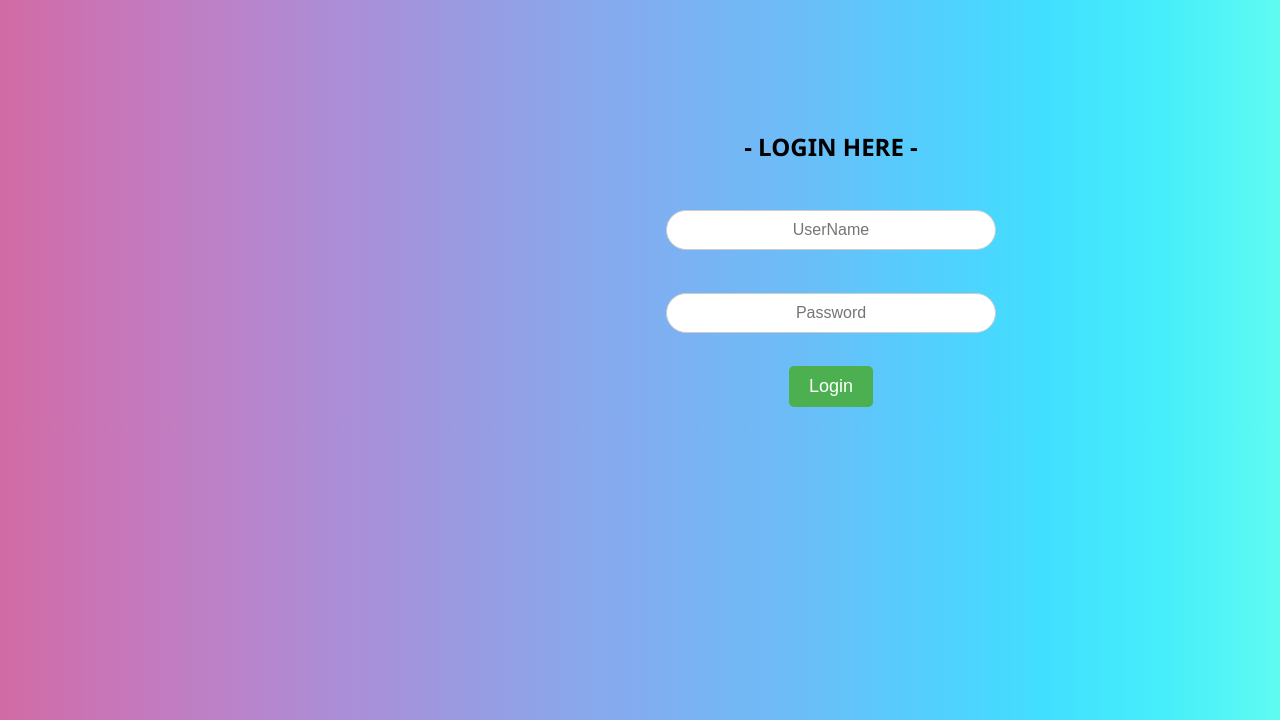
Repository: amitSai12/CMS
Page: http://localhost/LibraryManagementDemo/Login.jsp
An editor plug-in stored every save of this project. The page is shown before and after the next save, followed by the edit.
The browser window is 1280 px wide. The pictures show the whole page.
The page is served by Tomcat 9. Other server files are loaded and not shown.

Above is the page before, as saved 2023-10-03 18:20:34.

### Day1_Thu/LibraryManagementDemo/src/main/webapp/Login.jsp
<%@ page language="java" contentType="text/html; charset=ISO-8859-1"
    pageEncoding="ISO-8859-1"%>
    <%@taglib uri="http://java.sun.com/jsp/jstl/core" prefix="c" %>
    <%@taglib uri="http://java.sun.com/jsp/jstl/sql" prefix="sql" %>
<!DOCTYPE html>
<html>
<head>
<meta charset="ISO-8859-1">
<title>Insert title here</title>
<link rel="stylesheet" href="login.css">
</head>
<body>
	<form method="post" action="Login.jsp">
		<center>
			<h2>- LOGIN HERE -</h2><br/>

			<input type="text" name="userName" placeholder="UserName"/><br><br>

			<input type="password" name="password" placeholder="Password"/><br><br>
			<input type="submit" value="Login" />
		</center>
	</form>

	<c:if test="${param.userName!=null && param.password!=null }">

		<jsp:useBean id="login" class="com.java.library.LibUsers"/>
		<jsp:setProperty property="*" name="login"/>
		<jsp:useBean id="beanDao" class="com.java.library.LibraryDAOImpl"/>
		<c:set var="count" value="${beanDao.authenticate(login)}"/>
		<c:if test="${count==1}">
			<%
				session.setAttribute("user",request.getParameter("userName"));
			%>
			<jsp:forward page="Menu2.jsp"/>
	</c:if>
	</c:if>
	<c:if test="${count==0}">
		<div class="invalid-credentials">
   			<c:out value=" Invalid Credentials...."/>
		</div>

	</c:if>

</body>
</html>

### Day1_Thu/LibraryManagementDemo/src/main/java/com/java/library/LibUsers.java
package com.java.library;

public class LibUsers {

	private String userName;
	private String password;


	public String getUserName() {
		return userName;
	}
	public void setUserName(String userName) {
		this.userName = userName;
	}
	public String getPassword() {
		return password;
	}
	public void setPassword(String password) {
		this.password = password;
	}


	public LibUsers(String userName, String password) {
		super();
		this.userName = userName;
		this.password = password;
	}
	public LibUsers() {
		super();
		// TODO Auto-generated constructor stub
	}


	@Override
	public String toString() {
		return "LibUsers [userName=" + userName + ", password=" + password + "]";
	}


}

### Day1_Thu/LibraryManagementDemo/src/main/java/com/java/library/LibraryDAO.java
package com.java.library;

import java.sql.SQLException;
import java.util.List;

public interface LibraryDAO {

	String createUser(LibUsers libUsers) throws ClassNotFoundException, SQLException;

	int authenticate(LibUsers libUsers) throws ClassNotFoundException, SQLException;

	List<Books> searchBooks(String searchType, String searchValue) throws ClassNotFoundException, SQLException;

	String updateBooks(int bookId,String user) throws ClassNotFoundException, SQLException;

	Books getBookById(int Id) throws ClassNotFoundException, SQLException;

	Books getBookByUser(String User) throws ClassNotFoundException, SQLException;

	List<Books> returnBook() throws ClassNotFoundException, SQLException;

	String returnBooks(int bookId, String userName) throws ClassNotFoundException, SQLException;
}

### Day1_Thu/LibraryManagementDemo/src/main/java/com/java/library/LibraryDAOImpl.java
package com.java.library;

import java.sql.Connection;
import java.sql.PreparedStatement;
import java.sql.ResultSet;
import java.sql.SQLException;
import java.util.ArrayList;
import java.util.List;

import com.mysql.cj.xdevapi.Result;

public class LibraryDAOImpl implements LibraryDAO {

	Connection connection;
	PreparedStatement pst;

// to create user and password -----------------------------------------------
	@Override
	public String createUser(LibUsers libUsers) throws ClassNotFoundException, SQLException {
		connection = ConnectionHelper.getConnection();
		String enPwd = EncryptPassword.getCode(libUsers.getPassword());
		String cmd = "Insert into LibUsers(Username,Password) values(?,?)";
		pst = connection.prepareStatement(cmd);
		pst.setString(1, libUsers.getUserName());
		pst.setString(2, enPwd);
		pst.executeUpdate();
		return "Your Account Created ...";
	}

// login for existing users --------------------------------------------------------
	@Override
	public int authenticate(LibUsers libUsers) throws ClassNotFoundException, SQLException {
		connection = ConnectionHelper.getConnection();
		String encr = EncryptPassword.getCode(libUsers.getPassword());
		String cmd = "select count(*) cnt from LibUsers where userName=? AND Password=?";
		pst = connection.prepareStatement(cmd);
		pst.setString(1, libUsers.getUserName());
		pst.setString(2, encr.trim());
		ResultSet rs = pst.executeQuery();
		rs.next();
		int count = rs.getInt("cnt");
		return count;

	}

// to search the list of books by their id, name and all -------------------------------------
	@Override
	public List<Books> searchBooks(String searchType, String searchValue) throws ClassNotFoundException, SQLException {
		String sql;
		boolean isValid = true;
		if (searchType.equals("id")) {
			sql = "SELECT * from Books where Id=?";
		} else if (searchType.equals("bookname")) {
			sql = "SELECT * from Books where name=?";
		} else if (searchType.equals("authorname")) {
			sql = "SELECT * from Books where author=?";
		} else if (searchType.equals("dept")) {
			sql = "SELECT * from Books where dept=?";
		} else {
			isValid = false;
			sql = "SELECT * from Books";
		}
		connection = ConnectionHelper.getConnection();
		pst = connection.prepareStatement(sql);
		if (isValid == true) {
			pst.setString(1, searchValue);
		}
		ResultSet rs = pst.executeQuery();
		Books books = null;
		List<Books> booksList = new ArrayList<Books>();
		while (rs.next()) {
			books = new Books();
			books.setId(rs.getInt("id"));
			books.setName(rs.getString("name"));
			books.setAuthor(rs.getString("author"));
			books.setEdition(rs.getString("edition"));
			books.setDept(rs.getString("dept"));
			books.setNoOfBooks(rs.getInt("TotalBooks"));
			booksList.add(books);

		}
		return booksList;
	}

// to issue the book and update them in the table by subtracting one book from db -------------------
	@Override
	public String updateBooks(int bookId, String user) throws ClassNotFoundException, SQLException {
		connection = ConnectionHelper.getConnection();
		Books book = getBookById(bookId);

		if (hasUserIssuedBook(bookId, user)) {
			return "You have already issued this book.";
		} else {

			String cmd = "UPDATE Books SET TotalBooks = TotalBooks - 1 WHERE Id = ?";
			pst = connection.prepareStatement(cmd);
			pst.setInt(1, bookId);
			pst.executeUpdate();
			cmd = "Insert into TranBook(bookId,userName) values(?,?)";
			pst = connection.prepareStatement(cmd);
			pst.setInt(1, bookId);
			pst.setString(2, user);
			pst.executeUpdate();
			return "Book Issued Successfully";
		}
	}

// to get the bookId ------------------------------------------------------------------------

	@Override
	public Books getBookById(int Id) throws ClassNotFoundException, SQLException {
		Connection connection = ConnectionHelper.getConnection();
		PreparedStatement preparedStatement = null;
		ResultSet resultSet = null;
		Books book = null;

		try {
			String query = "SELECT * FROM Books WHERE Id = ?";
			preparedStatement = connection.prepareStatement(query);
			preparedStatement.setInt(1, Id);
			resultSet = preparedStatement.executeQuery();

			if (resultSet.next()) {
				// Retrieve book details from the result set
				int id = resultSet.getInt("Id");
				String name = resultSet.getString("Name");
				String author = resultSet.getString("Author");
				String edition = resultSet.getString("Edition");
				String dept = resultSet.getString("Dept");
				int noOfBooks = resultSet.getInt("TotalBooks");
				// Retrieve other book details...

				// Create a Books object with retrieved details
				book = new Books(id, name, author, edition, dept, noOfBooks);
			}
		} catch (SQLException e) {
			e.printStackTrace();
			// Handle any exceptions or log errors
		} finally {
			// Close database resources (connection, statement, and result set)
			// Handle resource closing exceptions if necessary
		}

		return book;
	}

// to get the user -----------------------------------------------------------------------------
	@Override
	public Books getBookByUser(String User) throws ClassNotFoundException, SQLException {
		Connection connection = ConnectionHelper.getConnection();
		PreparedStatement preparedStatement;
		ResultSet resultSet;
		Books book1 = null;

		try {
			String query = "SELECT * FROM Books WHERE UserName = ?";
			preparedStatement = connection.prepareStatement(query);
			preparedStatement.setString(1, User);
			resultSet = preparedStatement.executeQuery();

			if (resultSet.next()) {
				// Retrieve book details from the result set
				int id = resultSet.getInt("Id");
				String name = resultSet.getString("Name");
				String author = resultSet.getString("Author");
				String edition = resultSet.getString("Edition");
				String dept = resultSet.getString("Dept");
				int noOfBooks = resultSet.getInt("TotalBooks");
				// Retrieve other book details...

				// Create a Books object with retrieved details
				book1 = new Books(id, name, author, edition, dept, noOfBooks);
			}
		} catch (SQLException e) {
			e.printStackTrace();
			// Handle any exceptions or log errors
		} finally {
			// Close database resources (connection, statement, and result set)
			// Handle resource closing exceptions if necessary
		}

		return book1;
	}

	private boolean hasUserIssuedBook(int bookId, String user) throws SQLException {
		// Check if the user has already issued the same book
		String query = "SELECT COUNT(*) FROM TranBook WHERE bookId = ? AND userName = ?";
		PreparedStatement preparedStatement = null;
		ResultSet resultSet = null;

		try {
			preparedStatement = connection.prepareStatement(query);
			preparedStatement.setInt(1, bookId);
			preparedStatement.setString(2, user);
			resultSet = preparedStatement.executeQuery();

			if (resultSet.next()) {
				int count = resultSet.getInt(1);
				return count > 0;
			}
		} finally {
			// Close resources
			if (resultSet != null) {
				resultSet.close();
			}
			if (preparedStatement != null) {
				preparedStatement.close();
			}
		}

		return false;
	}

	@Override
	public String returnBooks(int bookId, String userName) throws ClassNotFoundException, SQLException {
		/*
		 * connection = ConnectionHelper.getConnection();
		 *
		 *
		 * Books book = getBookById(bookId); Books book1 = getBookByUser(user);
		 *
		 *
		 * String cmd = "DELETE FROM TranBook WHERE bookId = ? AND userName = ?"; pst =
		 * connection.prepareStatement(cmd); pst.setInt(1, bookId);
		 *
		 * pst.setString(2, user); pst.executeUpdate();
		 *
		 * cmd = "Insert into transreturn(bookId,userName) values(?,?)"; pst =
		 * connection.prepareStatement(cmd); pst.setInt(1, bookId); pst.setString(2,
		 * user); pst.executeUpdate();
		 *
		 * cmd = "UPDATE Books SET TotalBooks = TotalBooks + 1 WHERE Id = ?"; pst =
		 * connection.prepareStatement(cmd); pst.setInt(1, bookId); pst.executeUpdate();
		 */
		connection = ConnectionHelper.getConnection();
		String cmd = "Delete from tranbook where bookId = ?";
		pst = connection.prepareStatement(cmd);
		pst.setInt(1, bookId);
		pst.executeUpdate();

		cmd =  "update books set TotalBooks=TotalBooks+1 where id =?";
		pst = connection.prepareStatement(cmd);
		pst.setInt(1, bookId);
		pst.executeUpdate();

		cmd = "Insert into transreturn (userName,bookId) values(?,?)";
		pst = connection.prepareStatement(cmd);
		pst.setString(1, userName);
		pst.setInt(2, bookId);

		pst.executeUpdate();
		return "Book Returned Sucessfully";
	}

	@Override
	public List<Books> returnBook() throws ClassNotFoundException, SQLException {
		connection = ConnectionHelper.getConnection();
		String sql = "SELECT * from tranbook";
		pst = connection.prepareStatement(sql);
		ResultSet rs = pst.executeQuery();
		Books books = null;
		List<Books> returnbooksList = new ArrayList<Books>();
		while (rs.next()) {
			books = new Books();
			books.setId(rs.getInt("bookid"));
			books.setName(rs.getString("Username"));
			books.setFromDate(rs.getDate("fromDate"));
			returnbooksList.add(books);

		}
		return returnbooksList;
	}

}

### Day1_Thu/LibraryManagementDemo/src/main/webapp/login.css
body {
  background-image: linear-gradient(to right, #d16ba5, #c777b9, #ba83ca, #aa8fd8, #9a9ae1, #8aa7ec, #79b3f4, #69bff8, #52cffe, #41dfff, #46eefa, #5ffbf1);
      font-family: Arial, sans-serif;
    margin: 0;
    padding: 0;
}

form {

    width: 30%;
    margin: 0 auto;
    padding: 20px;
    text-align: center;
    margin-top:7%;
    margin-left: 619px;
}

h2 {
    color: rgb(0, 0, 0);
    font-family: 'Segoe UI', Tahoma, Geneva, Verdana, sans-serif;
}

input[type="text"],
input[type="password"] {
    text-align: center;
    width: 80%;
    padding: 10px;
    margin-top: 10px;
    margin-bottom: 15px;
    border: 1px solid #ccc;
    border-radius: 30px;
    font-size: 16px;
    }

input[type="submit"] {
    background-color: #4CAF50;
    color: #ffffff;
    border: none;
    border-radius: 5px;
    padding: 10px 20px;
    font-size: 18px;
    cursor: pointer;
}

input[type="submit"]:hover {
    background-color: #45a049;
}

.invalid-credentials {
    animation: fadeInOut 2s ease-in-out infinite;
    color: red;
    font-weight: bold;
    text-align: center;
    margin-top: 45px;
}
@keyframes fadeInOut {
    0% {
        opacity: 0;
    }
    25% {
        opacity: 1;
    }
    75% {
        opacity: 1;
    }
    100% {
        opacity: 0;
    }
}

After the next save:
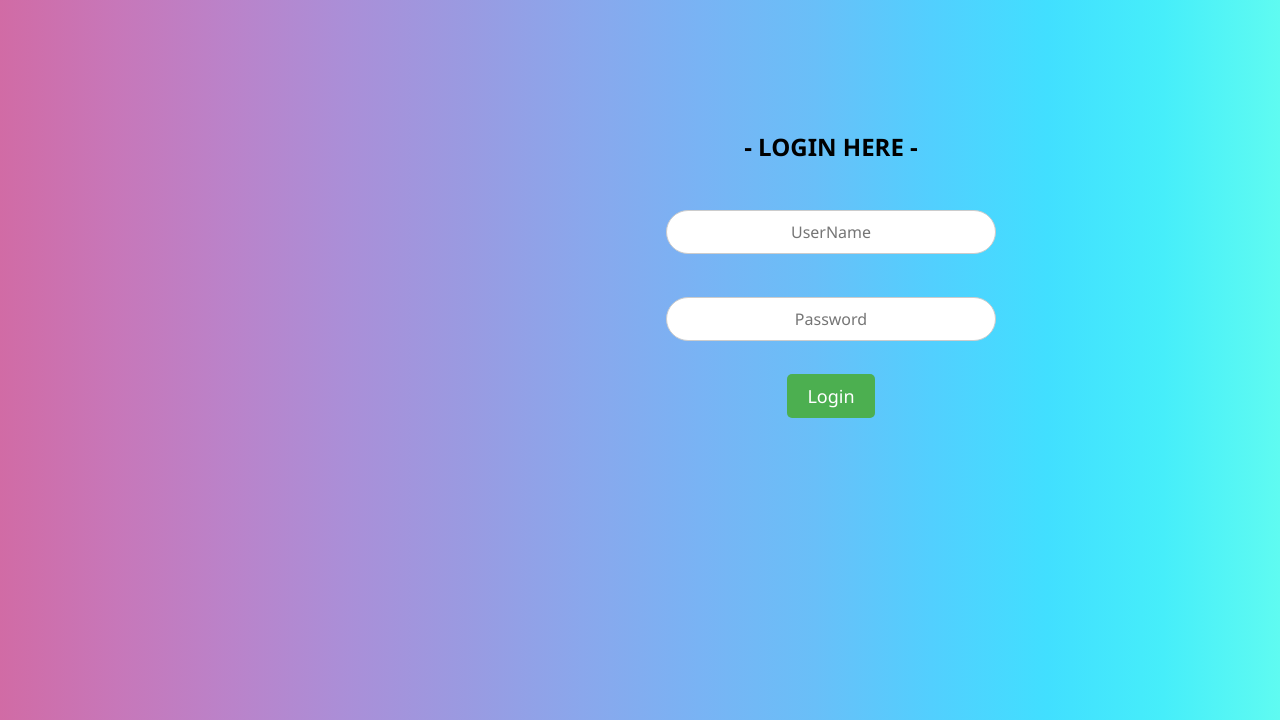
Saved 28 s later.
--- a/Day1_Thu/LibraryManagementDemo/src/main/webapp/login.css
+++ b/Day1_Thu/LibraryManagementDemo/src/main/webapp/login.css
@@ -22,6 +22,7 @@ h2 {
 
 input[type="text"],
 input[type="password"] {
+	 font-family: 'Segoe UI', Tahoma, Geneva, Verdana, sans-serif;
     text-align: center;
     width: 80%;
     padding: 10px;
@@ -33,6 +34,7 @@ input[type="password"] {
     }
 
 input[type="submit"] {
+	 font-family: 'Segoe UI', Tahoma, Geneva, Verdana, sans-serif;
     background-color: #4CAF50;
     color: #ffffff;
     border: none;
